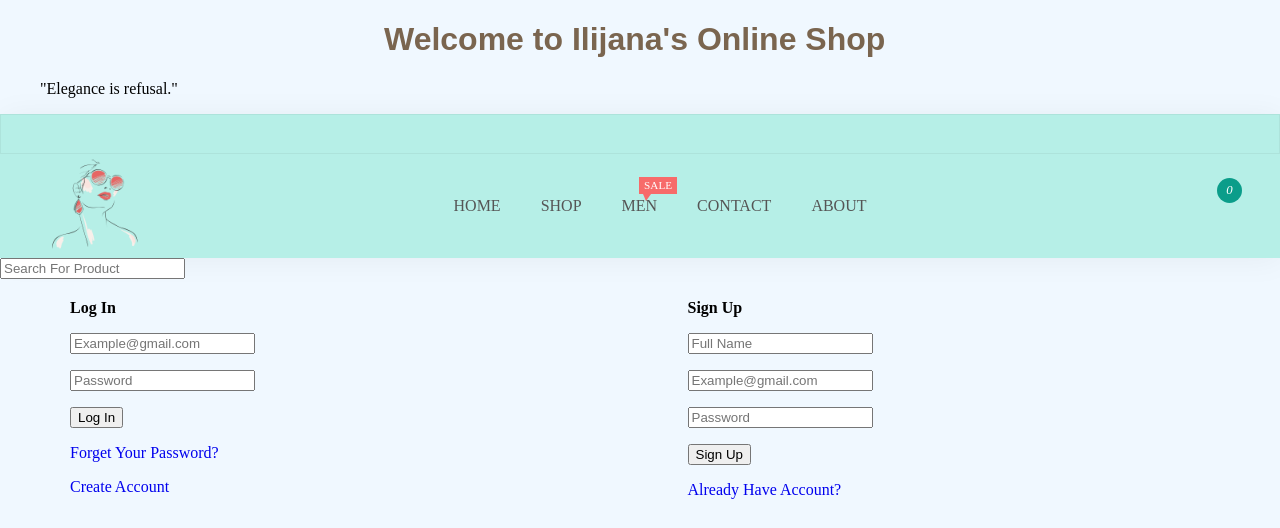
Repository: ilijana123/Proekt1
Page: html.html
An editor plug-in stored every save of this project. The page is shown before and after the next save, followed by the edit.
The browser window is 1280 px wide. The pictures show the part of the page from y = 0 to 528 px (the page is 4364 px tall before and 4344 px after).
Pictures or frames that could not be fetched are drawn as grey boxes. A picture or video elsewhere on the page could not be fetched, so the positions and the page height are approximate. The page's requests for data from a server got no answer.

Above is the page before, as saved 2023-11-13 03:28:09.
Console error: TypeError: Cannot read properties of null (reading 'appendChild')

After the next save:
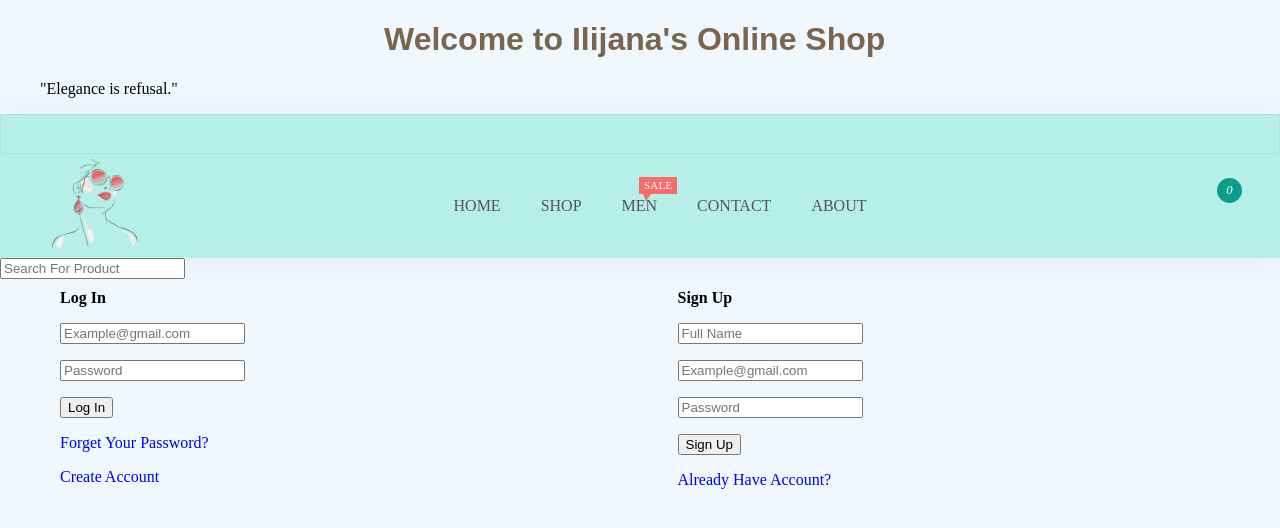
Saved 19 s later.
--- a/1.css
+++ b/1.css
@@ -138,7 +138,7 @@ nav{
 .login-form,
 .sign-up-form {
     flex: 1;
-    padding: 20px; /* Прилагодете го ова според вашиот дизајн */
+    padding: 10px;
     box-sizing: border-box;
 }
 

After the save that followed:
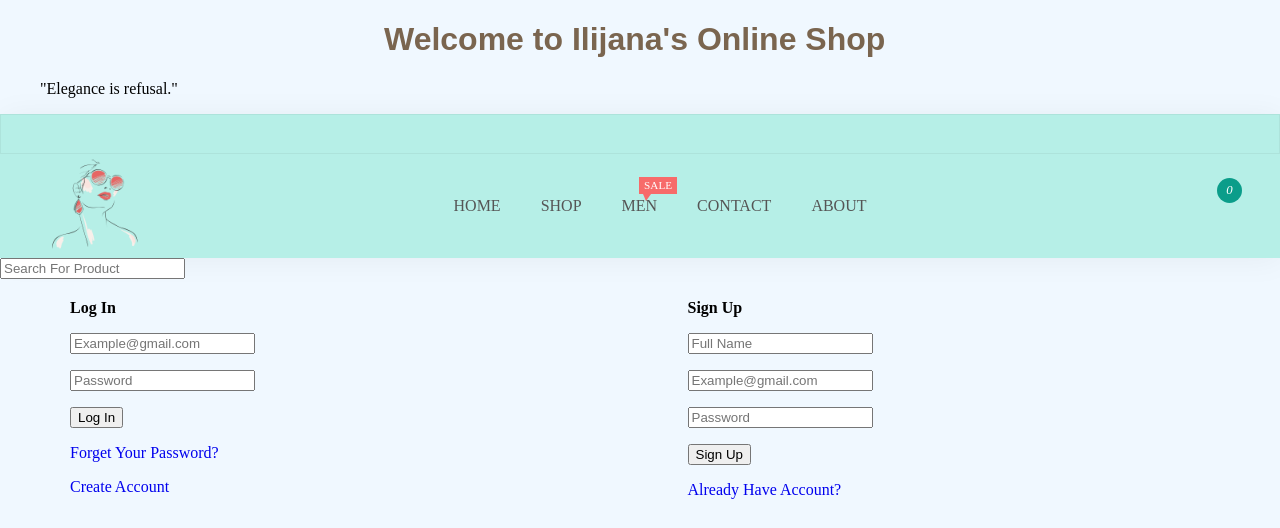
Saved 10 s later.
--- a/1.css
+++ b/1.css
@@ -138,7 +138,7 @@ nav{
 .login-form,
 .sign-up-form {
     flex: 1;
-    padding: 10px;
+    padding: 20px;
     box-sizing: border-box;
 }
 
